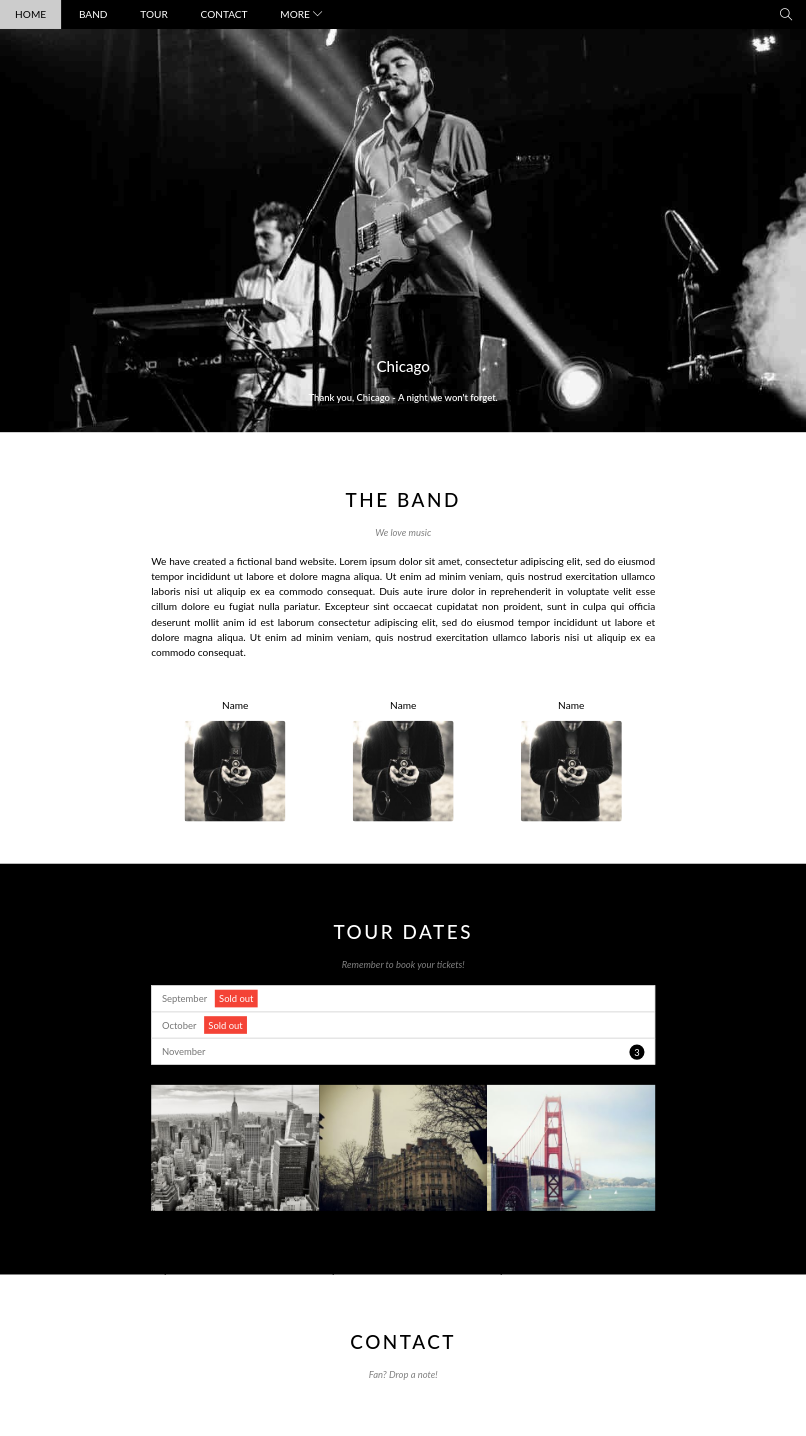
Repository: tatvanhco/web-dau-tay
Page: index.html
These files come from the project's save history. The page is drawn as it stood at one moment and after the next save; the edit follows.
The browser window is 1280 px wide. The pictures show the whole page, at 63% of full size.

Above is the page before, as saved 2022-01-23 20:12:07.

### index.html
<!DOCTYPE html>
<html lang="en">
<head>
    <meta charset="UTF-8">
    <!-- <meta http-equiv="X-UA-Compatible" content="IE=edge"> -->
    <meta name="viewport" content="width=device-width, initial-scale=1.0">
    <title>the band</title>
    <link rel="shortcut icon" href="./assets/img/band/logo.png" type="image/x-icon">
    <link rel="stylesheet" href="./assets/fronts/themify-icons/themify-icons.css">
    <link rel="stylesheet" href="./assets/css/style.css">
    <link rel="stylesheet" href="./assets/css/responsive.css">
</head>
<body>
    <div id="main">
        <div id="header">
            <ul id="nav">
                <li><a href="#">home</a></li>
                <li><a href="#">band</a></li>
                <li><a href="#">tour</a></li>
                <li><a href="#">contact</a></li>
                <li>
                    <a href="#">more
                        <i class="drop-down ti-angle-down"></i>
                    </a>
                    <div class="subnav">
                        <ul>
                            <li><a href="">Merchandise</a></li>
                            <li><a href="">Extras</a></li>
                            <li><a href="">Media</a></li>
                        </ul>
                    </div>
                </li>
            </ul>
            <div class="search-btn">
                <i class="search-icon ti-search"></i>
            </div>
        </div>
        <div id="slide">
            <div class="text-content">
                <h2 class="text-heading">Chicago</h2>
                <div class="text-desc">Thank you, Chicago - A night we won't forget.</div>
            </div>
        </div>
        <div id="content">
            <div class="content-section">
                <h2 class="section-heading">THE BAND</h2>
                <p class="section-sub-heading">We love music</p>
                <p class="about">
                    We have created a fictional band website. Lorem ipsum dolor sit amet, consectetur adipiscing elit, sed do eiusmod tempor incididunt ut labore et dolore magna aliqua. Ut enim ad minim veniam, quis nostrud exercitation ullamco laboris nisi ut aliquip ex ea commodo consequat. Duis aute irure dolor in reprehenderit in voluptate velit esse cillum dolore eu fugiat nulla pariatur. Excepteur sint occaecat cupidatat non proident, sunt in culpa qui officia deserunt mollit anim id est laborum consectetur adipiscing elit, sed do eiusmod tempor incididunt ut labore et dolore magna aliqua. Ut enim ad minim veniam, quis nostrud exercitation ullamco laboris nisi ut aliquip ex ea commodo consequat.
                </p>
                <div class="team">
                    <div class="team-list">
                        <p class="team-name">Name</p>
                        <img src="./assets/img/band/member.jpg" >
                    </div>

                    <div class="team-list">
                        <p class="team-name">Name</p>
                        <img src="./assets/img/band/member.jpg" >
                    </div>

                    <div class="team-list">
                        <p class="team-name">Name</p>
                        <img src="./assets/img/band/member.jpg" >
                    </div>
                </div>
                <div class="clear"></div>
            </div>

            <div class="tour-section">
                <div class="content-section">
                    <h2 class="text-white section-heading">TOUR DATES</h2>
                    <p class="text-white section-sub-heading">Remember to book your tickets!</p>
                    <ul class="ticket-list">
                        <li>September<span class="soldout">Sold out</span></li>
                        <li>October<span class="soldout">Sold out</span></li>
                        <li>November<span class="quatity">3</span></li>
                    </ul>
                    <div class="place-list">
                        <div class="place-item">
                            <img src="./assets/img/places/place1.jpg">
                            <div class="place-body">
                                <h3 class="place-heading">New York</h3>
                                <p class="place-time">Fri 27 Nov 2016</p>
                                <p class="place-desc">Praesent tincidunt sed tellus ut rutrum sed vitae justo.</p>
                                <a class="place-buy-btn">Buy Tickets</a>
                            </div>
                        </div>
                    </div>
                    <div class="place-list">
                        <div class="place-item">
                            <img src="./assets/img/places/place2.jpg">
                            <div class="place-body">
                                <h3 class="place-heading">New York</h3>
                                <p class="place-time">Fri 27 Nov 2016</p>
                                <p class="place-desc">Praesent tincidunt sed tellus ut rutrum sed vitae justo.</p>
                                <a class="place-buy-btn">Buy Tickets</a>
                            </div>
                        </div>
                    </div>
                    <div class="place-list">
                        <div class="place-item">
                            <img src="./assets/img/places/place3.jpg">
                            <div class="place-body">
                                <h3 class="place-heading">New York</h3>
                                <p class="place-time">Fri 27 Nov 2016</p>
                                <p class="place-desc">Praesent tincidunt sed tellus ut rutrum sed vitae justo.</p>
                                <a class="place-buy-btn">Buy Tickets</a>
                            </div>
                        </div>
                    </div>
                </div>
                <div class="clear"></div>
            </div>

            <div class="content-section">
                <h2 class="section-heading">CONTACT</h2>
                <p class="section-sub-heading">Fan? Drop a note!</p>
            </div>

        </div>

        <div id="footer">

        </div>
    </div>
</body>
</html>

### assets/css/style.css
* {
    margin: 0;
    padding: 0;
    box-sizing: border-box;
}

body {
    font-family: "Lato", sans-serif;
}

.clear {
    clear: both;
}

.text-white {
    color: #fff !important;
}

#header {
    width: 100%;
    height: 46px;
    background-color: #000;
    position: fixed;
    top: 0;
    left: 0;
    right: 0;
    z-index: 1;
}
#nav {
    display: inline-block;
}

#nav > li {
    display: inline-block;
}

#nav li {
    position: relative;
    list-style-type: none;
}

#nav > li > a {
    color: #fff;
    text-transform: uppercase;
}

#nav li a {
    text-decoration: none;
    padding: 0 24px;
    line-height: 46px;
    display: block;

}

#nav li:hover .subnav {
    display: block;
}

#nav .subnav li:hover a,
#nav > li:hover > a {
    background-color: #ccc;
    color: #000;
}

#nav .subnav {
    display: none;
    min-width: 160px;
    position: absolute;
    top: 100%;
    left: 0;
    background-color: #fff;
    box-shadow: 0 0 10px rgba(0, 0, 0, 0.3);
}

#nav .subnav a {
    color: #000;
    padding: 0px 24px;
    line-height: 38px;
}

#header .search-btn {
    float: right;
    padding: 0 22px;
    cursor: pointer;
}

#header .search-btn:hover {
    background-color: #f44336;
}

#header .search-icon {
    color: #fff;
    font-size: 20px;
    line-height: 46px;
}

#slide {
    position: relative;
    margin-top: 46px;
    padding-top: 50%;
    background: url(/assets/img/slider/chicago.jpg) top center / cover no-repeat;
}

#slide .text-content {
    color: #fff;
    position: absolute;
    bottom: 47px;
    /* cách canh giữa
    left: 50%;
    transform: translateX(-50%); */
    width: 100%;
    text-align: center;
}

#slide .text-heading {
    font-weight: 500;
    font-size: 24px;
}

#slide .text-desc {
    font-weight: 600;
    margin-top: 25px;
    font-size: 15px;
}

#content {

}

#content .content-section {
    max-width: 800px;
    margin-left: auto;
    margin-right: auto;
    padding: 64px 0;
}

#content .section-heading,
#content .section-sub-heading {
    text-align: center;
    margin: 25px 0;
}

#content .section-heading {
    font-size: 30px;
    font-weight: 500;
    letter-spacing: 4px;
}

#content .section-sub-heading {
    font-size: 15px;
    opacity: 0.5;
    font-style: italic;
}

#content .about {
    text-align: justify;
    line-height: 1.5;
}

#content .team {
    margin-top: 48px;
}

#content .team-name {
    margin: 15px 0;
}

#content .team-list {
    float: left;
    width: 33.33333%;
    text-align: center;
}

#content .team-list img {
    width: 60%;
    border-radius: 4px;
    text-align: center;
}

.tour-section {
    background-color: #000;
}

.ticket-list {
    background-color: #fff;
}

.ticket-list li {
    color: #757575;
    list-style-type: none;
    font-size: 15px;
    border: 1px solid #ddd;
    padding: 11px 16px;
}

.ticket-list .soldout {
    color: #fff;
    margin-left: 12px;
    padding: 5px 7px;
    background-color: #f44336;
}

.ticket-list .quatity {
    float: right;
    width: 24px;
    height: 24px;
    border-radius: 50%;
    background-color: #000;
    color: #fff;
    text-align: center;
    line-height: 24px;
    margin-top: -2px;
}

.place-list {
    margin-top: 32px;
}

.place-item {
    float: left;
    width: 33.33333%;
}

.place-item img {
    width: 100%;
}

.place-heading {

}

.place-time {

}

.place-desc {

}

.place-buy-btn {

}

Loaded but not shown: assets/fronts/themify-icons/themify-icons.css (common file); assets/css/responsive.css (no copy from this time; the picture is the same without it)

After the next save:
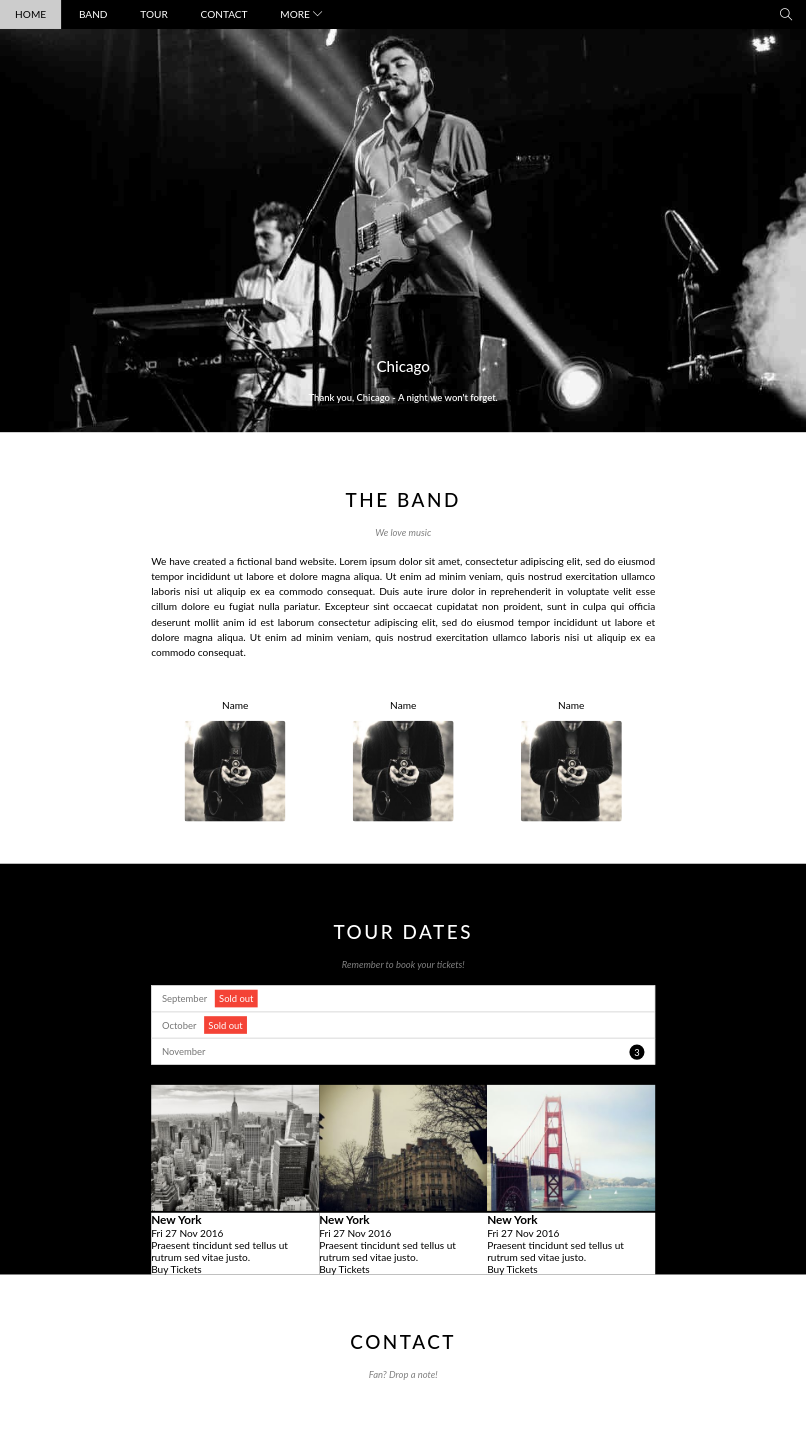
Saved 47 s later.
--- a/assets/css/style.css
+++ b/assets/css/style.css
@@ -225,6 +225,10 @@ body {
     width: 100%;
 }
 
+.place-body {
+    background-color: #fff;
+}
+
 .place-heading {
 
 }
